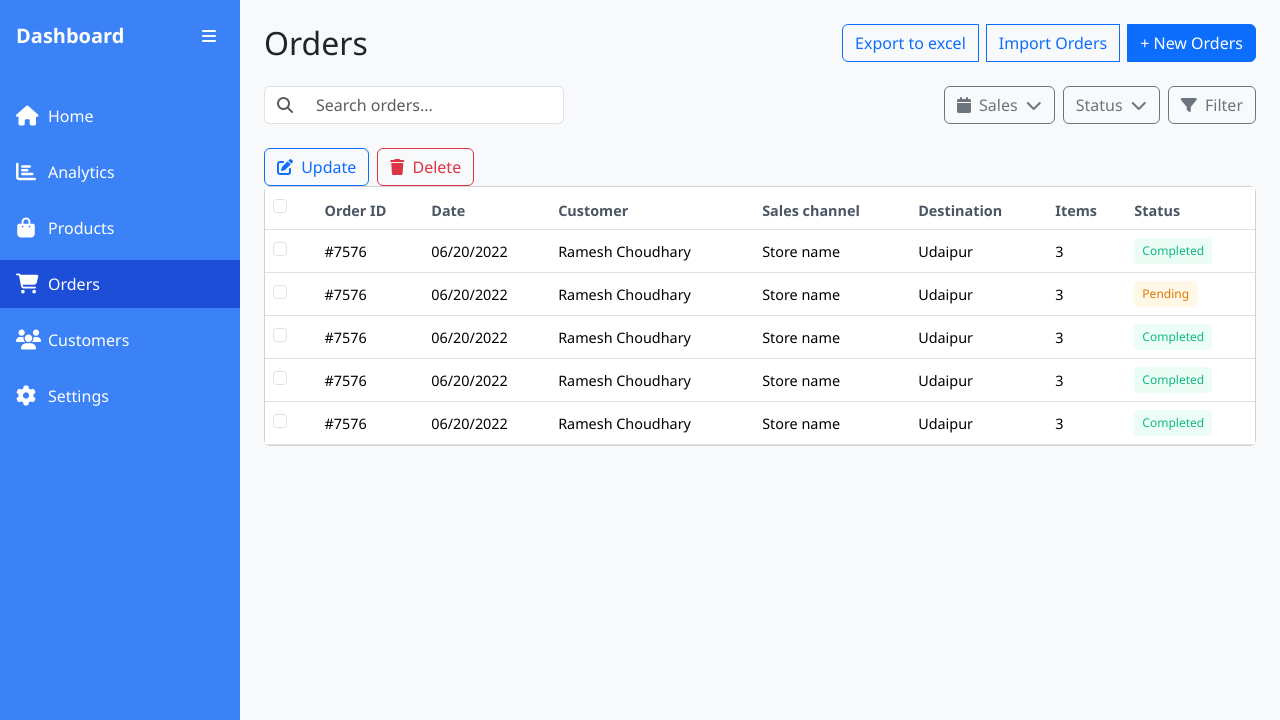
Repository: AditiAjitSalvi/Inventory_Managment
Page: Inventory_Managment_System/Inventory/src/main/webapp/Order.html
An editor plug-in stored every save of this project. The page is shown before and after the next save, followed by the edit.
The browser window is 1280 px wide. The pictures show the whole page.

Above is the page before, as saved 2025-05-22 16:02:51.
Console error: TypeError: Cannot read properties of null (reading 'getContext')

After the next save:
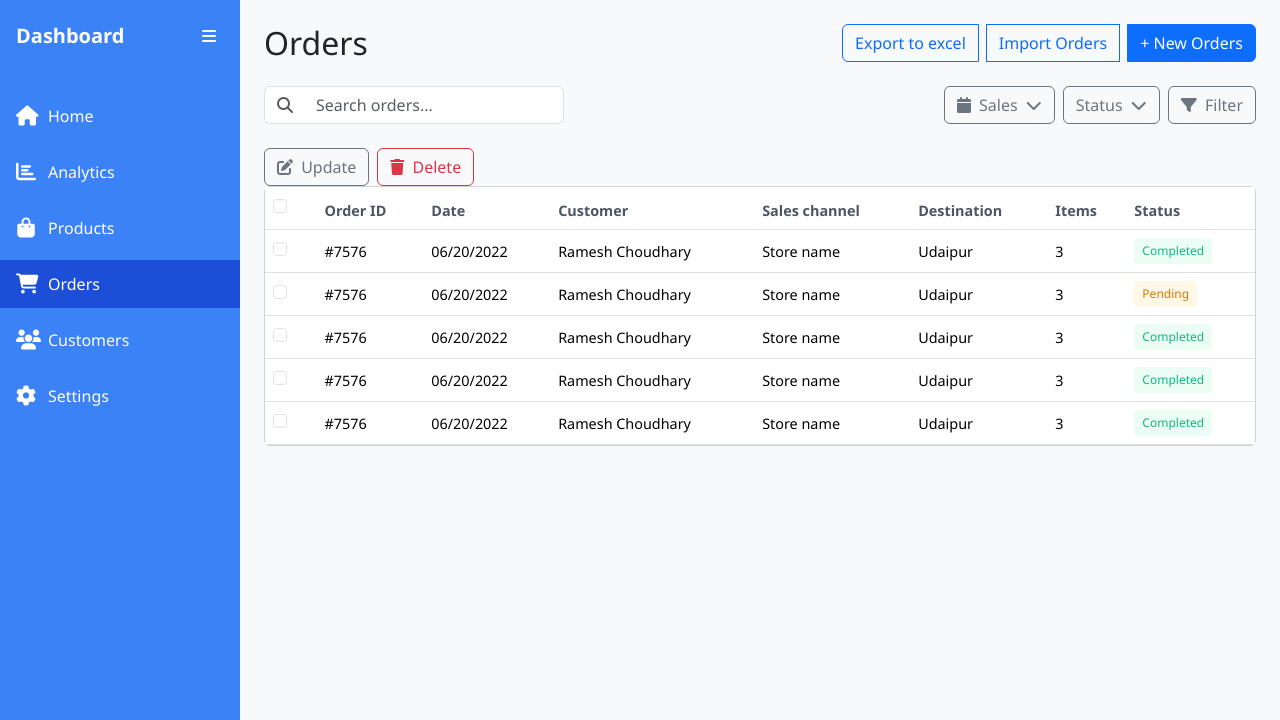
Saved 27 s later.
--- a/Inventory_Managment_System/Inventory/src/main/webapp/Order.html
+++ b/Inventory_Managment_System/Inventory/src/main/webapp/Order.html
@@ -316,7 +316,7 @@
 					</div>
 				</div>
 				<div class="d-flex">
-					<button class="btn btn-outline-primary me-2">
+					<button class="btn btn-outline-secondary me-2">
 						<i class="fa fa-edit me-1"></i> <span>Update</span>
 					</button>
 					<button class="btn btn-outline-danger">

After the save that followed:
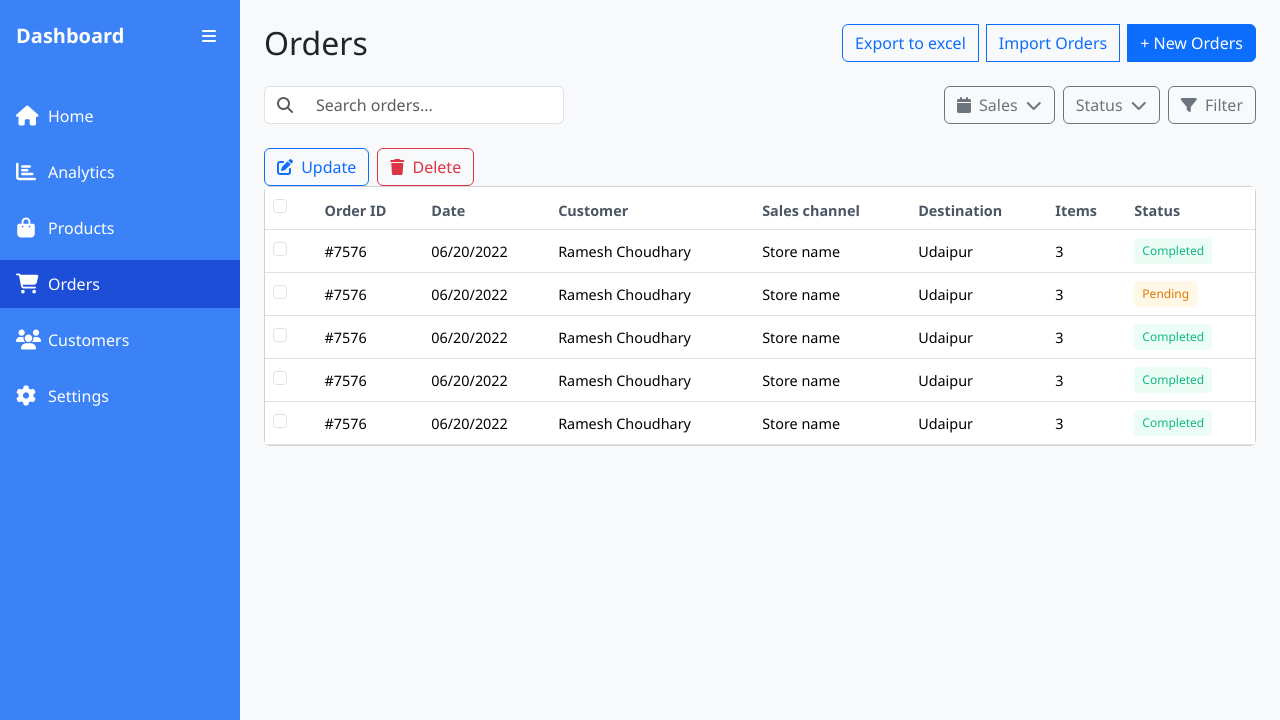
Saved 8 s later.
--- a/Inventory_Managment_System/Inventory/src/main/webapp/Order.html
+++ b/Inventory_Managment_System/Inventory/src/main/webapp/Order.html
@@ -316,7 +316,7 @@
 					</div>
 				</div>
 				<div class="d-flex">
-					<button class="btn btn-outline-secondary me-2">
+					<button class="btn btn-outline-primary me-2">
 						<i class="fa fa-edit me-1"></i> <span>Update</span>
 					</button>
 					<button class="btn btn-outline-danger">
